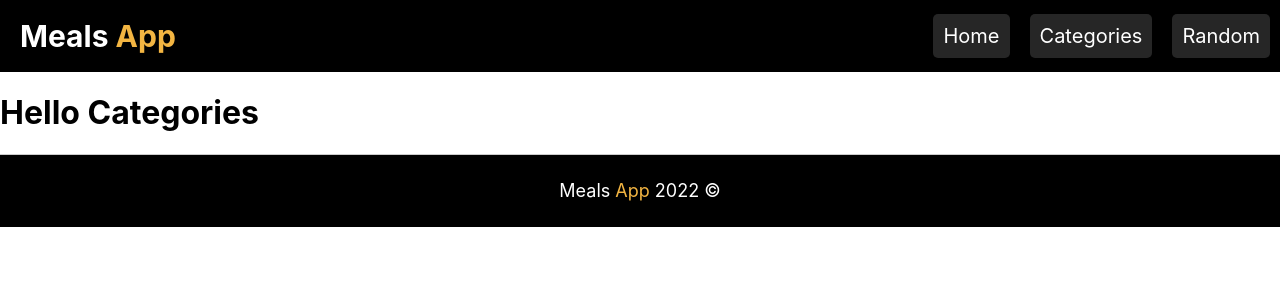
Repository: Shahriddinov/Meals
Page: /categories
The author's editor kept a copy of each file at every save. The page is drawn from the files as they stood at one save, then again after the next save.
The browser window is 1280 px wide. The pictures show the whole page.
The project was rebuilt for these pictures with package versions that can differ from the ones it lists, and the page was loaded fresh each time. Also part of the build but not shown: src/components/HomePage/HomePage.js, src/components/RandomMeal/RandomMeal.js.

Above is the page before, as saved 2022-03-21 16:58:00.

### src/index.js
import React from 'react';
import ReactDOM from 'react-dom';
import { BrowserRouter } from 'react-router-dom';
import App from './App';
import { AppContext } from './components/context/context';

ReactDOM.render(
  <React.StrictMode>
    <BrowserRouter>
    <AppContext>
      <App />
    </AppContext>
    </BrowserRouter>

  </React.StrictMode>,
  document.getElementById('root')
);

### src/App.js
import React from 'react';
import { Footer } from './components/Footer/Footer';
import Navbar from './components/Navbar/Navbar';
import HomePage from './components/HomePage/HomePage'
import Categories from './components/Categories/Categories'
import RandomMeal from './components/RandomMeal/RandomMeal'
import {BrowserRouter,  Routes, Route} from 'react-router-dom'

function App(props) {
    return (
        <div>
         <Navbar />

         <Routes>
          <Route  path="/" element={<HomePage/>} />
          <Route  path="/categories" element={<Categories/>}/>
          <Route  path="/random" element={<RandomMeal/>} />
          </Routes>
          <Footer/>
        </div>
    );
}

export default App;

### src/components/context/context.js
import React, {createContext} from 'react'

const myContext = createContext();

export const AppContext  = ({children}) =>{
  return <myContext.Provider>{children}</myContext.Provider>

}

### src/components/Footer/Footer.js
import React from 'react'
import "./Footer.scss"
export const Footer = () => {
  return (
    <div className="footer">
       <p>Meals <span>App</span> 2022 &copy;</p>
    </div>
  )
}

### src/components/Navbar/Navbar.js
import React from 'react'
import {Link} from 'react-router-dom'
import "./Navbar.scss"
const Navbar = () => {
  return (
    <div className="navbar">
      <div className="navbar-heading">
          <h1>Meals <span>App</span></h1>
      </div>
      <div className="navbar-links">
          <ul>
           <Link to="/">
             {""}
             <li>Home</li>
             </Link>
           <Link to="/categories">
             {""}
             <li>Categories</li>
             </Link>
           <Link to="/random">
             {""}
             <li>Random</li>
             </Link>
          </ul>
      </div>
    </div>
  )
}

export default Navbar

### src/components/Categories/Categories.js
import React from 'react'

function Categories() {
  return (
    <div>
       <h1>Hello Categories</h1>
    </div>
  )
}

export default Categories

### src/components/Footer/Footer.scss
.footer {
  display: flex;
  align-items: center;
  justify-content: center;
  text-align: center;
  background: #000000;
  color: #fff;
  height: 10vh;
  border-top: 1px solid #ccc;

  p {
    font-size: 18px;
    span {
      color: #f3b542;
    }
  }
}

### src/components/Navbar/Navbar.scss
body {
  padding: 0;
  margin: 0;
  box-sizing: border-box;
  font-family: -apple-system, BlinkMacSystemFont, "Segoe UI", Roboto, Oxygen,
    Ubuntu, Cantarell, "Open Sans", "Helvetica Neue", sans-serif;
}

.navbar {
  width: 100%;
  height: 10vh;
  background: #000000;
  color: #fff;
  display: flex;
  align-items: center;
  justify-content: space-between;
  flex-direction: row;
  &-heading {
    h1 {
      margin-left: 20px;
      font-size: 30px;
      span {
        color: #f3b542;
      }
    }
  }
  &-links {
    ul {
      display: flex;
      list-style: none;
    }
    a {
      color: #ffff;
      text-decoration: none;
      margin: 0px 10px;
      padding: 10px;
      background: lighten($color: #000000, $amount: 15);
      border-radius: 5px;
      font-size: 20px;
      transition: all 0.4s ease;
      &:hover {
        color: #f3b542;
      }
    }
  }
}

Loaded but not shown: public/index.html (common file)

After the next save:
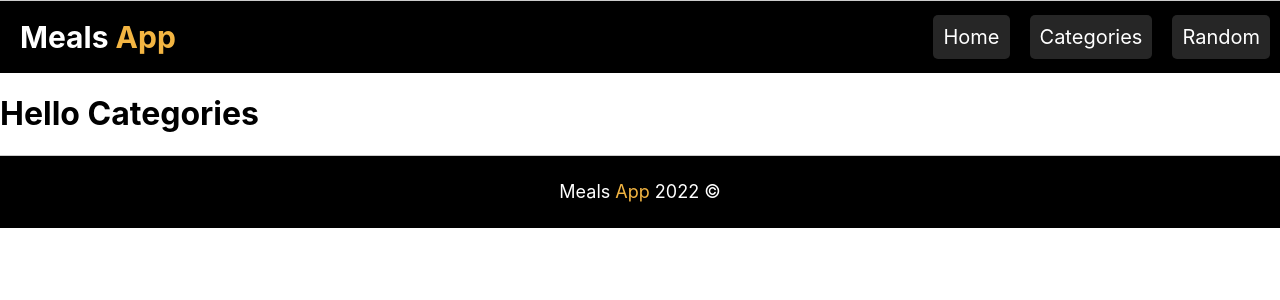
Saved 28 s later.
--- a/src/components/Navbar/Navbar.scss
+++ b/src/components/Navbar/Navbar.scss
@@ -15,6 +15,7 @@ body {
   align-items: center;
   justify-content: space-between;
   flex-direction: row;
+  border-top: 1px solid #ccc;
   &-heading {
     h1 {
       margin-left: 20px;
